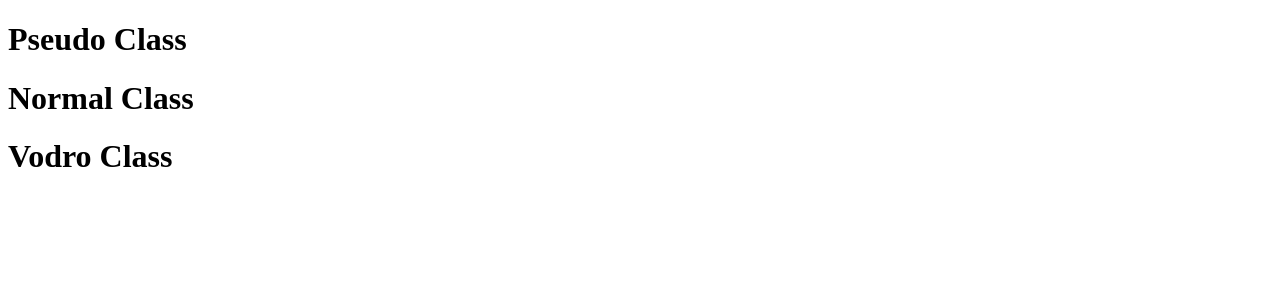
Repository: mohsinfarabi/first-website
Page: pseudo_class.html
An editor plug-in stored every save of this project. The page is shown before and after the next save, followed by the edit.
The browser window is 1280 px wide. The pictures show the whole page.

Above is the page before, as saved 2020-06-29 21:43:41.

After the next save:
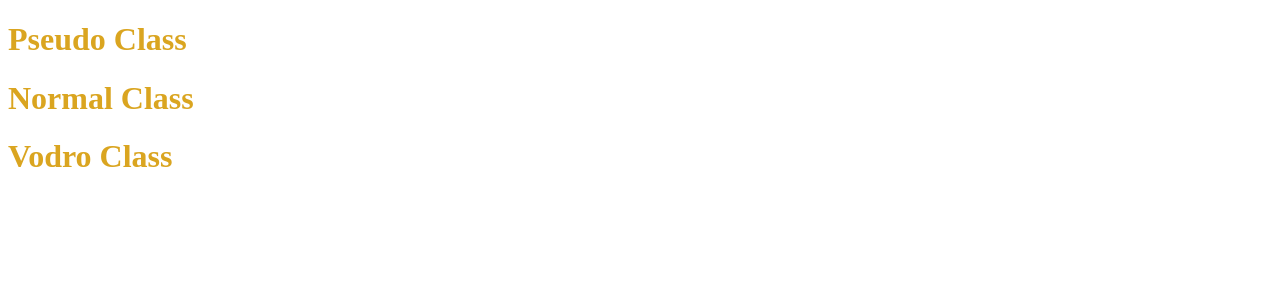
Saved 22 s later.
--- a/pseudo_class.html
+++ b/pseudo_class.html
@@ -5,6 +5,11 @@
     <meta charset="UTF-8">
     <meta name="viewport" content="width=device-width, initial-scale=1.0">
     <title>Document</title>
+    <style>
+        h1 {
+            color: goldenrod;
+        }
+    </style>
 </head>
 
 <body>
